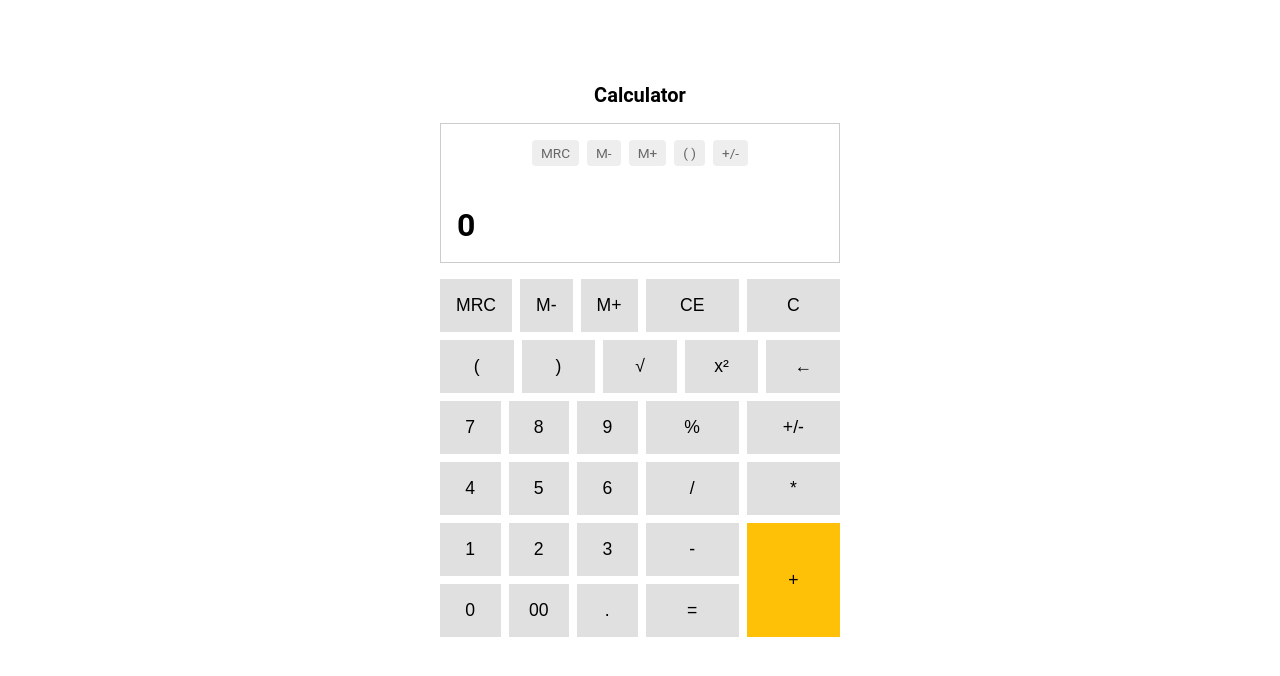
Repository: Denis793/CalculatorNew
Page: index.html
An editor plug-in stored every save of this project. The page is shown before and after the next save, followed by the edit.
The browser window is 1280 px wide. The pictures show the whole page.
The style sheet was rebuilt from its Sass, Less or Tailwind sources for each picture, by a compiler version that may differ from the author's.

Above is the page before, as saved 2025-05-17 19:06:08.

### index.html
<!DOCTYPE html>
<html lang="en">
  <head>
    <meta charset="UTF-8" />
    <meta name="viewport" content="width=device-width, initial-scale=1.0" />
    <title>Calculator</title>
    <link rel="stylesheet" href="./app/style/css/main.css" />
  </head>
  <body>
    <div class="calculatorContainer">
      <h1>Calculator</h1>

      <div class="display">
        <div class="indicators">
          <span class="indicator" data-key="MRC">MRC</span>
          <span class="indicator" data-key="M-">M-</span>
          <span class="indicator" data-key="M+">M+</span>
          <span class="indicator" data-key="()">( )</span>
          <span class="indicator" data-key="+/-">+/-</span>
        </div>

        <ul id="historyList"></ul>

        <div class="previous"></div>
        <div class="current"></div>
      </div>

      <div class="keypad">
        <div class="memoryBtn">
          <button class="button">MRC</button>
          <button class="button">M-</button>
          <button class="button">M+</button>
        </div>

        <div class="cleanBtn">
          <button class="button">CE</button>
          <button class="button ac">C</button>
        </div>

        <div class="buttonFirst">
          <button class="button">(</button>
          <button class="button">)</button>
          <button class="button">√</button>
          <button class="button">x²</button>
          <button class="button">←</button>
        </div>

        <div class="numbersBtn">
          <button class="button">7</button>
          <button class="button">8</button>
          <button class="button">9</button>

          <button class="button">4</button>
          <button class="button">5</button>
          <button class="button">6</button>

          <button class="button">1</button>
          <button class="button">2</button>
          <button class="button">3</button>

          <button class="button">0</button>
          <button class="button">00</button>
          <button class="button">.</button>
        </div>

        <div class="operationsBtn">
          <button class="button">%</button>
          <button class="button">+/-</button>
          <button class="button">/</button>
          <button class="button">*</button>
          <button class="button">-</button>
          <button class="button plus">+</button>
          <button class="button">=</button>
        </div>
      </div>
    </div>
    <script type="module" src="./app/js/main.js"></script>
  </body>
</html>

### app/js/main.js
import { initializeCalculator } from './state.js';
import './memory.js';
import './operations.js';
import './equals.js';
import './formatter.js';
import './history.js';
import './inputHandler.js';

initializeCalculator();

### app/js/state.js
import { handleMemory } from './memory.js';
import { handleOperations } from './operations.js';
import { handleEquals } from './equals.js';
import { handleInput } from './inputHandler.js';

export const state = {
  expression: '',
  memory: 0,
  memoryLog: [],
  memoryActive: false,

  finish: false,
  lastOperator: '',
  lastOperand: '',
  history: [],
  MAX_LENGTH: 12,
  displayPrev: document.querySelector('.previous'),
  displayCurr: document.querySelector('.current'),
  buttons: document.querySelector('.keypad'),
  historyList: document.getElementById('historyList'),
  lastFunction: '',
  parenthesesCount: 0,
};

export function clearAll() {
  state.expression = '';
  state.finish = false;
  state.lastOperator = '';
  state.lastOperand = '';
  state.lastFunction = '';
  state.parenthesesCount = 0;
  state.displayCurr.textContent = '0';
  state.displayPrev.textContent = '';
  state.historyList.innerHTML = '';
  state.history = [];
  state.memoryActive = false;

  document.querySelectorAll('.button').forEach((btn) => btn.classList.remove('active-operator'));
  document.querySelectorAll('.indicator').forEach((i) => i.classList.remove('active'));
}

export function initializeCalculator() {
  clearAll();

  document.querySelector('.ac').addEventListener('click', clearAll);

  state.buttons.addEventListener('click', (e) => {
    const btn = e.target;
    if (!btn.classList.contains('button')) return;

    const key = btn.textContent;

    const specialKeys = ['MRC', 'M-', 'M+', '+/-', '√'];
    if (specialKeys.includes(key)) {
      document.querySelectorAll('.indicator').forEach((i) => {
        const keep = i.dataset.key === '()' && state.parenthesesCount > 0;
        if (!keep) i.classList.remove('active');
      });
      const indicator = document.querySelector(`.indicator[data-key="${key}"]`);
      if (indicator) indicator.classList.add('active');
    }

    if (handleMemory(key)) return;
    if (handleOperations(key)) return;
    if (handleEquals(key)) return;
    if (handleInput(key)) return;
  });
}

### app/js/memory.js
import { state } from './state.js';
import { formatExpression } from './formatter.js';

export function handleMemory(key) {
  if (!state.memoryLog) state.memoryLog = [];

  if (key === 'MRC') {
    const indicator = document.querySelector('.indicator[data-key="MRC"]');
    if (state.memoryActive) {
      state.memoryActive = false;
      if (indicator) indicator.classList.remove('active');
    } else {
      state.displayCurr.textContent = formatExpression(state.memory.toString());
      state.expression = state.memory.toString();
      state.finish = false;
      state.memoryActive = true;
      if (indicator) indicator.classList.add('active');
    }
    return true;
  }

  if (key === 'M+') {
    const value = parseFloat(state.displayCurr.textContent.replace(/\s/g, '')) || 0;
    state.memory += value;
    state.memoryLog.push(`+${value}`);
    if (state.memoryLog.length > 5) state.memoryLog.shift();
    state.memoryActive = true;
    const indicator = document.querySelector('.indicator[data-key="MRC"]');
    if (indicator) indicator.classList.add('active');
    return true;
  }

  if (key === 'M-') {
    const value = parseFloat(state.displayCurr.textContent.replace(/\s/g, '')) || 0;
    state.memory -= value;
    state.memoryLog.push(`-${value}`);
    if (state.memoryLog.length > 5) state.memoryLog.shift();
    state.memoryActive = true;
    const indicator = document.querySelector('.indicator[data-key="MRC"]');
    if (indicator) indicator.classList.add('active');
    return true;
  }

  return false;
}

### app/js/operations.js
import { state, clearAll } from './state.js';
import { formatExpression } from './formatter.js';

export function handleOperations(key) {
  if (key === '+/-') {
    if (state.displayCurr.textContent === '0') return true;
    if (state.finish) {
      state.expression = (-parseFloat(state.displayCurr.textContent.replace(/\s/g, ''))).toString();
      state.finish = false;
    } else {
      const match = state.expression.match(/(-?\d+\.?\d*)$/);
      if (match) {
        const num = match[0];
        const inverted = (-parseFloat(num)).toString();
        state.expression = state.expression.slice(0, -num.length) + inverted;
      } else {
        state.expression = '-' + state.expression;
      }
    }
    state.displayCurr.textContent = formatExpression(state.expression);
    return true;
  }

  if (key === '←') {
    if (state.finish) return true;
    state.expression = state.expression.slice(0, -1);
    state.displayCurr.textContent = formatExpression(state.expression) || '0';
    return true;
  }

  if (key === '%') {
    state.expression += '/100';
    state.displayCurr.textContent = formatExpression(state.expression);
    return true;
  }

  if (key === '√') {
    if (state.expression === '') return true;
    const original = state.expression;
    const result = Math.sqrt(eval(original));
    const visible = `√${original}`;
    state.expression = result.toString();
    state.displayCurr.textContent = formatExpression(state.expression);
    state.displayPrev.textContent = visible;
    state.lastFunction = 'sqrt';
    state.lastOperator = '';
    state.lastOperand = '';
    state.finish = true;
    const indicator = document.querySelector(`.indicator[data-key="√"]`);
    if (indicator) indicator.classList.add('active');
    return true;
  }

  if (key === '(') {
    const lastChar = state.expression.slice(-1);
    if (/\d|\)/.test(lastChar)) return true;

    if (state.finish) {
      state.expression = '';
      state.finish = false;
    }

    state.expression += key;
    state.displayCurr.textContent = formatExpression(state.expression);
    state.parenthesesCount++;

    const indicator = document.querySelector('.indicator[data-key="()"]');
    if (indicator) indicator.classList.add('active');

    return true;
  }

  if (key === ')') {
    if (state.finish) {
      state.expression = '';
      state.finish = false;
    }
    state.expression += key;
    state.displayCurr.textContent = formatExpression(state.expression);
    if (state.parenthesesCount > 0) {
      state.parenthesesCount--;
      if (state.parenthesesCount === 0) {
        const indicator = document.querySelector(`.indicator[data-key="()"]`);
        if (indicator) indicator.classList.remove('active');
      }
    }
    return true;
  }

  if (key === 'x²') {
    const value = eval(state.expression || '0');
    const result = value ** 2;
    const visible = `${value}²`;
    state.expression = result.toString();
    state.displayCurr.textContent = formatExpression(state.expression);
    state.displayPrev.textContent = visible;
    state.lastFunction = 'square';
    state.lastOperator = '';
    state.lastOperand = '';
    state.finish = true;
    return true;
  }

  if (key === 'CE') {
    const match = state.expression.match(/.*?(?:[+\-*/(]|^)([\d.]+)$/);
    if (match) {
      state.expression = state.expression.slice(0, -match[1].length);
    } else {
      state.expression = '';
    }
    state.lastFunction = '';
    state.displayCurr.textContent = formatExpression(state.expression) || '0';
    document.querySelectorAll('.indicator').forEach((i) => i.classList.remove('active'));
    return true;
  }

  if (key === 'C') {
    clearAll();
    return true;
  }

  return false;
}

### app/js/equals.js
import { state } from './state.js';
import { formatExpression } from './formatter.js';
import { addToHistory } from './history.js';

export function handleEquals(key) {
  if (key !== '=') return false;

  try {
    const open = (state.expression.match(/\(/g) || []).length;
    const close = (state.expression.match(/\)/g) || []).length;
    if (open !== close) return true;

    if (!state.finish) {
      const result = eval(state.expression);
      const match = state.expression.match(/(.+)([+\-*/])\s*(-?\d+\.?\d*)$/);

      if (match) {
        state.lastOperator = match[2];
        state.lastOperand = match[3];
      } else {
        state.lastOperator = '';
        state.lastOperand = '';
      }

      const visible = state.displayPrev.textContent || state.expression;

      state.displayCurr.textContent = formatExpression(result.toString());
      state.expression = result.toString();
      state.finish = true;
      state.displayPrev.textContent = '';

      const containsOperator = /[+\-*/()]|Math\.sqrt|%/.test(visible);
      const isSame = visible.replace(/\s/g, '') === result.toString();

      if (containsOperator && !isSame) {
        addToHistory(`${visible} = ${result}`);
      }
    } else if (state.lastFunction === 'sqrt' && state.finish) {
      const value = parseFloat(state.expression);
      const result = Math.sqrt(value);
      const visible = `√${value}`;
      state.displayCurr.textContent = formatExpression(result.toString());
      state.expression = result.toString();
      state.displayPrev.textContent = visible;
      addToHistory(`${visible} = ${result}`);
      return true;
    } else if (state.lastOperator && state.lastOperand) {
      state.expression = `${state.expression}${state.lastOperator}${state.lastOperand}`;
      const result = eval(state.expression);
      state.displayCurr.textContent = formatExpression(result.toString());
      state.expression = result.toString();
      addToHistory(`${state.expression} = ${result}`);
    }
  } catch {
    return true;
  }

  return true;
}

### app/js/formatter.js
export function formatExpression(expression) {
  return expression.replace(/\d+/g, (match) => {
    return Number(match).toLocaleString('en-US').replace(/,/g, ' ');
  });
}

### app/js/history.js
import { state } from './state.js';

export function addToHistory(item) {
  state.history.push(item);
  if (state.history.length > 3) state.history.shift();

  state.historyList.innerHTML = '';
  state.history.forEach((entry) => {
    const li = document.createElement('li');
    li.textContent = entry;
    state.historyList.appendChild(li);
  });
}

### app/js/inputHandler.js
import { state } from './state.js';
import { formatExpression } from './formatter.js';

export function handleInput(key) {
  const allowed = ['0', '1', '2', '3', '4', '5', '6', '7', '8', '9', '.', '+', '-', '*', '/', '00'];
  if (!allowed.includes(key)) return false;

  if (state.finish) {
    if (!isNaN(key) || key === '(') state.expression = '';
    state.finish = false;
  }

  const digitsOnly = state.expression.replace(/\D/g, '');
  if (digitsOnly.length >= state.MAX_LENGTH) return true;

  if (state.displayCurr.textContent === '0' && !isNaN(key)) {
    state.expression = key;
  } else {
    state.expression += key;
  }

  state.displayCurr.textContent = formatExpression(state.expression);
  return true;
}

### app/style/scss/main.scss
@use 'reset' as *;
@use 'variables' as *;

.calculatorContainer {
  max-width: 400px;
  width: 100%;
}

h1 {
  text-align: center;
  margin-bottom: 1rem;
}

.display {
  background: #fff;
  padding: 1rem;
  border: 1px solid #ccc;
  display: flex;
  flex-direction: column;
  gap: 0.5rem;
}

.indicators {
  display: flex;
  flex-wrap: wrap;
  gap: 0.5rem;
  justify-content: center;
  font-size: 0.85rem;
  color: #666;
}

.indicator {
  padding: 4px 8px;
  border-radius: 4px;
  background: #eee;
  border: 1px solid transparent;
}

.indicator.active {
  background-color: #2d8cf0;
  color: white;
  border-color: #2d8cf0;
}

#historyList {
  font-size: 0.8rem;
  list-style: none;
  padding: 0;
  margin: 0;
  color: #555;
}

.previous {
  font-size: 0.9rem;
  color: #888;
  height: 1rem;
}

.current {
  font-size: 2rem;
  font-weight: bold;
  min-height: 2.5rem;
  color: #000;
}

.keypad {
  display: grid;
  grid-template-areas:
    'memoryBtn cleanBtn'
    'buttonFirst buttonFirst'
    'numbersBtn operationsBtn';
  grid-template-columns: 2fr 2fr;
  gap: 0.5rem;
  margin-top: 1rem;
}

.memoryBtn {
  grid-area: memoryBtn;
  display: grid;
  grid-template-columns: repeat(3, 1fr);
  gap: 0.5rem;
}

.cleanBtn {
  grid-area: cleanBtn;
  display: grid;
  grid-template-columns: repeat(2, 1fr);
  gap: 0.5rem;
}

.buttonFirst {
  grid-area: buttonFirst;
  display: grid;
  grid-template-columns: repeat(5, 1fr);
  gap: 0.5rem;
}

.numbersBtn {
  grid-area: numbersBtn;
  display: grid;
  grid-template-columns: repeat(3, 1fr);
  gap: 0.5rem;
}

.operationsBtn {
  grid-area: operationsBtn;
  display: grid;
  grid-template-columns: repeat(2, 1fr);
  gap: 0.5rem;
}

.button {
  padding: 1rem;
  background: #e0e0e0;
  border: none;
  font-size: 1.1rem;
  cursor: pointer;
  transition: background 0.2s ease;
}

.button:hover {
  background: #d0d0d0;
}

.button.plus {
  grid-row: span 2;
  background-color: #ffc107;
}

### app/style/scss/_reset.scss
* {
  margin: 0;
  padding: 0;
  box-sizing: border-box;
}

body {
  font-family: 'Roboto', sans-serif;
  font-size: 10px;
  height: 100vh;
  display: flex;
  justify-content: center;
  align-items: center;
}

li {
  list-style: none;
}

### app/style/scss/_variables.scss
:root {
  --memoryBtn: #000;
}

After the next save:
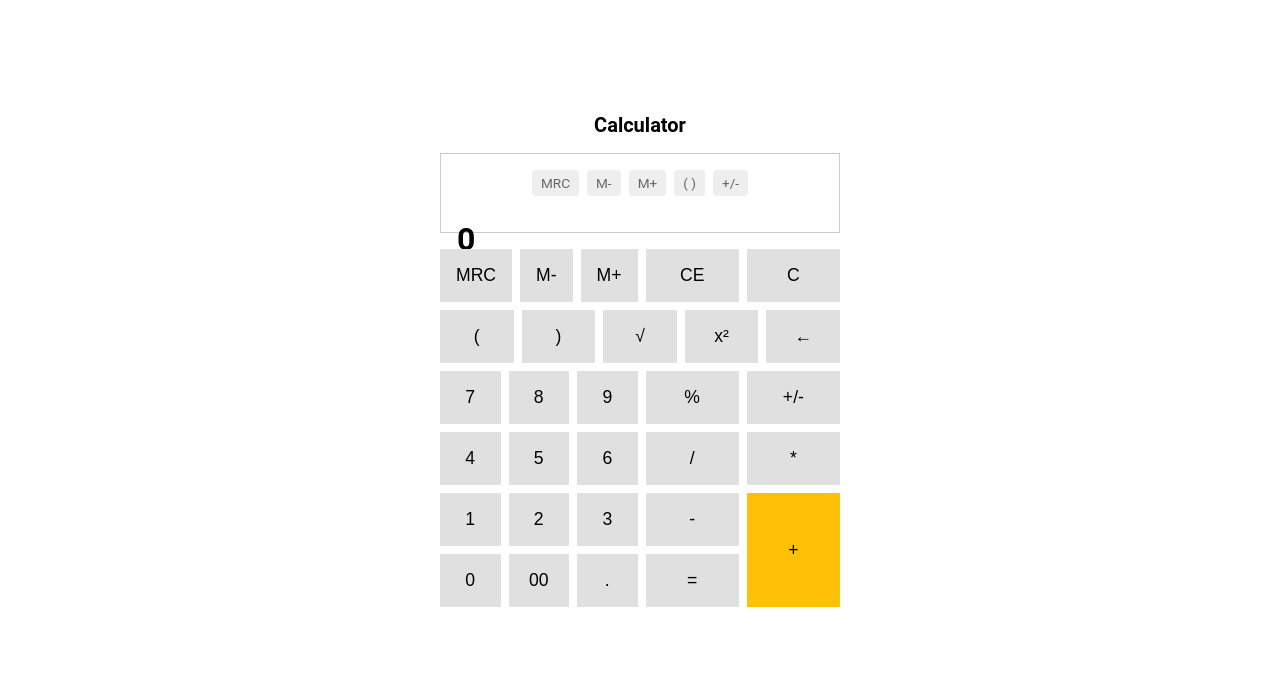
Saved 94 s later.
--- a/app/style/scss/main.scss
+++ b/app/style/scss/main.scss
@@ -18,6 +18,7 @@ h1 {
   display: flex;
   flex-direction: column;
   gap: 0.5rem;
+  height: 5rem;
 }
 
 .indicators {
